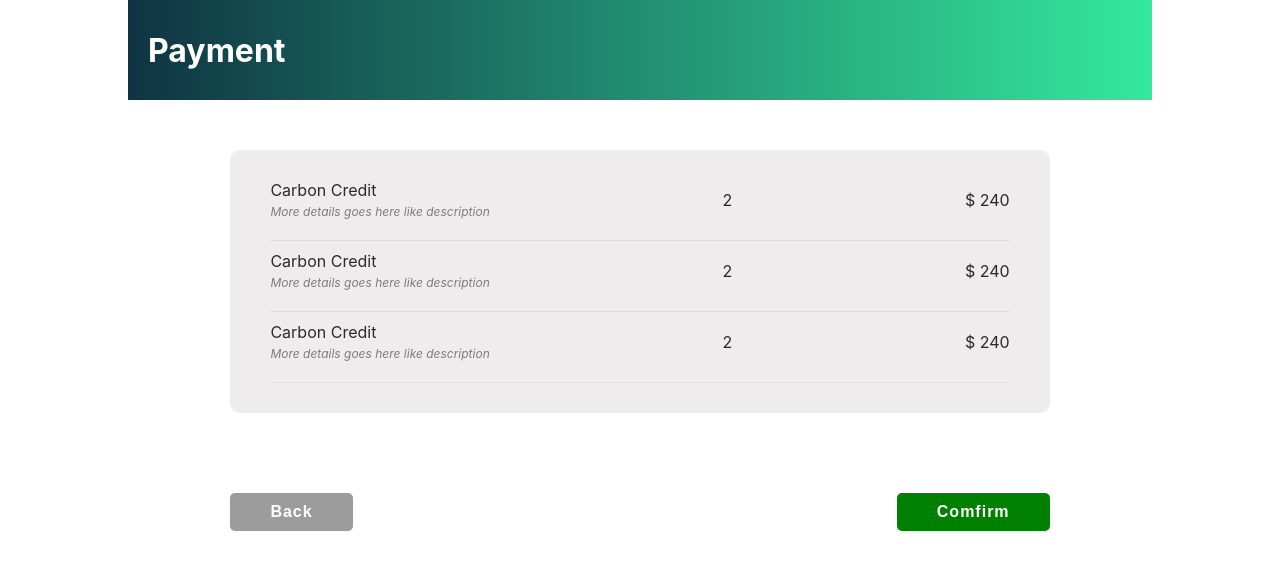
Repository: Yowani24/ecocarbon
Page: /payment
The author's editor kept a copy of each file at every save. The page is drawn from the files as they stood at one save, then again after the next save.
The browser window is 1280 px wide. The pictures show the whole page.
The project was rebuilt for these pictures with package versions that can differ from the ones it lists, and the page was loaded fresh each time. The framework's server and built-in components were replaced by stand-ins that run in the browser. Also part of the build but not shown: next.config.js.

Above is the page before, as saved 2021-09-28 03:36:23.

### pages/_app.js
import '../styles/globals.css'
import { CreditProvider } from './product/CreditList'

function MyApp({ Component, pageProps }) {
  return (
    <CreditProvider>
      <Component {...pageProps} />
    </CreditProvider>
  )
}

export default MyApp

### pages/payment/index.js
import React from 'react';
import Head from 'next/head'
import styles from './Payment.module.css'
import Link from 'next/link';


export default function Payment(props) {
    return (
       <>
        <Head>
            <title>Payment</title>
        </Head>

        <header className={styles.header}>
            <div className={styles.interface}>
                <div className={styles.header_content}>
                    <h1>Payment</h1>
                </div>
            </div>
        </header>

        <div className={styles.content}>
            <div className={styles.interface}>
                <div className={styles.list_content}>
                    <span>
                        <p>Carbon Credit <br/> <i>More details goes here like description</i></p>
                        <p>2</p>
                        <p>$ 240</p>
                    </span>

                    <span>
                        <p>Carbon Credit <br/> <i>More details goes here like description</i></p>
                        <p>2</p>
                        <p>$ 240</p>
                    </span>

                    <span>
                        <p>Carbon Credit <br/> <i>More details goes here like description</i></p>
                        <p>2</p>
                        <p>$ 240</p>
                    </span>
                </div>
            </div>
        </div>

        <div className={styles.button_box}>
            <div className={styles.interface}>
                <span>
                    <Link href="/cart" passHref><button>Back</button></Link>
                    <button>Comfirm</button>
                </span>
            </div>
        </div>
       </>
    );
}

### styles/globals.css
html,
body {
  padding: 0;
  margin: 0;
  font-family: -apple-system, BlinkMacSystemFont, Segoe UI, Roboto, Oxygen,
    Ubuntu, Cantarell, Fira Sans, Droid Sans, Helvetica Neue, sans-serif;
}

a {
  color: inherit;
  text-decoration: none;
}

* {
  margin: 0;
  box-sizing: border-box;
}

### pages/product/CreditList.js
import React, { useState, createContext } from 'react';

export const CreditList = createContext();

export const CreditProvider = (props) => {
    const [credit, setCredit] = useState([
        {
            id: '1',
            product: 'Carbon Credit',
            price: 120,
            description: 'More details goes here like description'
        },
        {
            id: '2',
            product: 'Carbon Credit',
            price: 120,
            description: 'More details about the product'
        },
        {
            id: '3',
            product: 'Carbon Credit',
            price: 120,
            description: 'More details for the items'
        },
        {
            id: '4',
            product: 'Carbon Credit',
            price: 120,
            description: 'More details to provide about carb cred',
        }

    ]);

    const [cartItems, setCartItems] = useState([]);

    const onAdd = (credit) => {
        const exist = cartItems.find((x) => x.id === credit.id);
        if(exist) {
            setCartItems(cartItems.map((x) => x.id === credit.id ? {...exist, quantity: exist.quantity + 1} : x));
        }else{
            setCartItems([...cartItems, {...credit, quantity: 1}])
        }
    }

    const onRemove = (credit) => {
        const exist = cartItems.find((x) => x.id === credit.id);
        if(exist.quantity === 1) {
            setCartItems(cartItems.filter((x) => x.id !== credit.id));
        }else{
            setCartItems(cartItems.map((x) => x.id === credit.id ? {...exist, quantity: exist.quantity - 1} : x));
        }
    }

    return (
        <CreditList.Provider value={{credits:[credit, setCredit], cartContent:[cartItems, setCartItems], onAdd: onAdd, onRemove:onRemove }}>
            {props.children}
        </CreditList.Provider>
    );
}

### pages/payment/Payment.module.css
.interface{
    width: 80%;
    margin: 0 auto;
}

@media (max-width: 780px){
    .interface{
        width: 100%;
    }
}

/* ===========================HEADER=================== */
.header_content{
    height: 100px;
    display: flex;
    align-items: center;
    padding: 0 20px;
    color: #FFFFFF;

    background: #34e89e;
    background: -webkit-linear-gradient(to right, #0f3443, #34e89e);
    background: linear-gradient(to right, #0f3443, #34e89e);

}

@media (max-width: 780px){
    .header_content{
        padding: 0 40px;
        height: 80px;
    }
}

@media (max-width: 460px){
    .header_content{
        padding: 0 20px;
        font-size: 16px;
    }
}

/* ========================LIST====================== */

.list_content{
    width: 80%;
    margin: 0 auto;
    margin-top: 50px;
    border-radius: 10px;
    padding: 20px 40px;
    background: rgb(238, 236, 236);
}
.list_content span{
    display: flex;
    justify-content: space-between;
    align-items: center;
    color: rgb(43, 41, 41);

    margin: 10px 0;
    border-bottom: 1px solid rgb(226, 221, 221);
    padding-bottom: 20px;
}
.list_content span i{
    font-size: 12px;
    color: rgb(126, 123, 123);
}

@media (max-width: 460px){
    .list_content{
        width: 90%;
        padding: 20px 20px;
    }
    .list_content span{
        font-size: 14px;
        margin: 5px 0;
        border-bottom: 1px solid rgb(226, 221, 221);
        padding-bottom: 10px;
    }
    .list_content span p:first-child{
        width: 140px;

    }
    .list_content span i{
        font-size: 8px;
    }
}

/* ================================BUTTON=================== */
.button_box{
    margin-top: 80px;
}
.button_box span{
    display: flex;
    justify-content: space-between;
    width: 80%;
    margin: 0 auto;
}
.button_box button:first-child{
    background: rgb(156, 156, 156);
}
.button_box button:first-child:hover{
    background: rgb(122, 120, 120);
}
.button_box button:first-child:active{
    background: rgb(187, 184, 184);
}

.button_box button{
    border: none;
    background: green;
    padding: 10px 40px;
    font-size: 16px;
    color: #FFFFFF;
    letter-spacing: 1px;
    border-radius: 5px;
    cursor: pointer;
    transition: .1s;
    font-weight: bold;
}

.button_box button:nth-child(2):hover{
    background: rgb(1, 92, 1);
}
.button_box button:nth-child(2):active{
    background: rgb(13, 131, 13);
}

@media (max-width: 460px){
    .button_box{
        margin-top: 50px;
    }
    .button_box span{
        width: 90%;
    }
    .button_box button{
        padding: 10px 30px;
        font-size: 14px;
    }
}

After the next save:
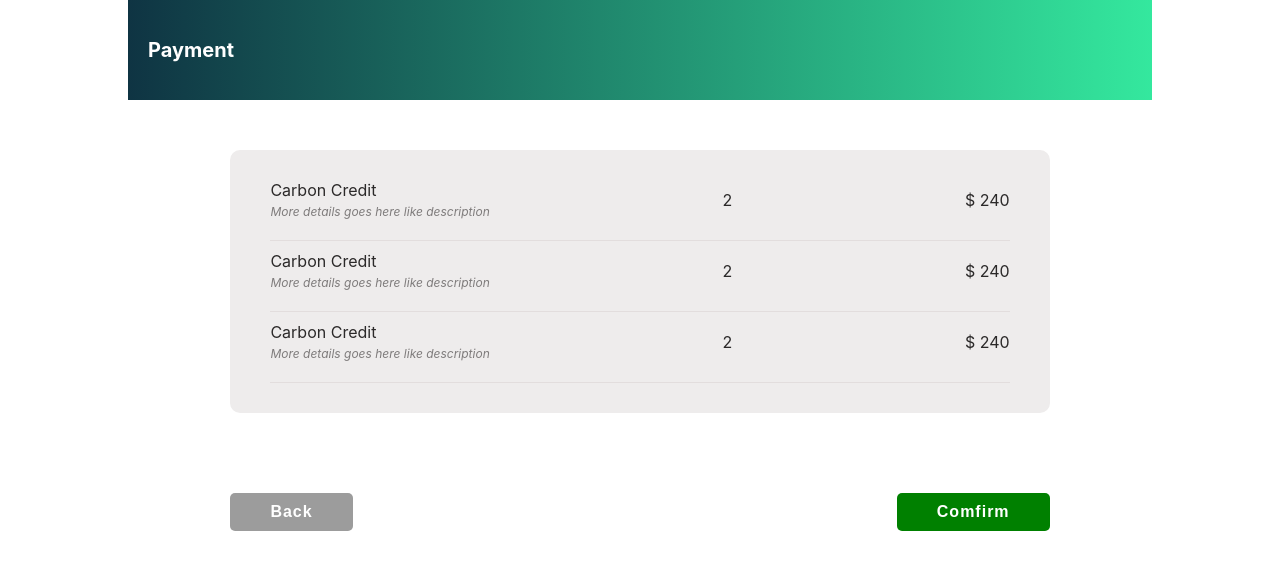
Saved 47 s later.
--- a/pages/payment/Payment.module.css
+++ b/pages/payment/Payment.module.css
@@ -20,7 +20,9 @@
     background: #34e89e;
     background: -webkit-linear-gradient(to right, #0f3443, #34e89e);
     background: linear-gradient(to right, #0f3443, #34e89e);
-
+}
+.header_content h1{
+    font-size: 20px;
 }
 
 @media (max-width: 780px){
